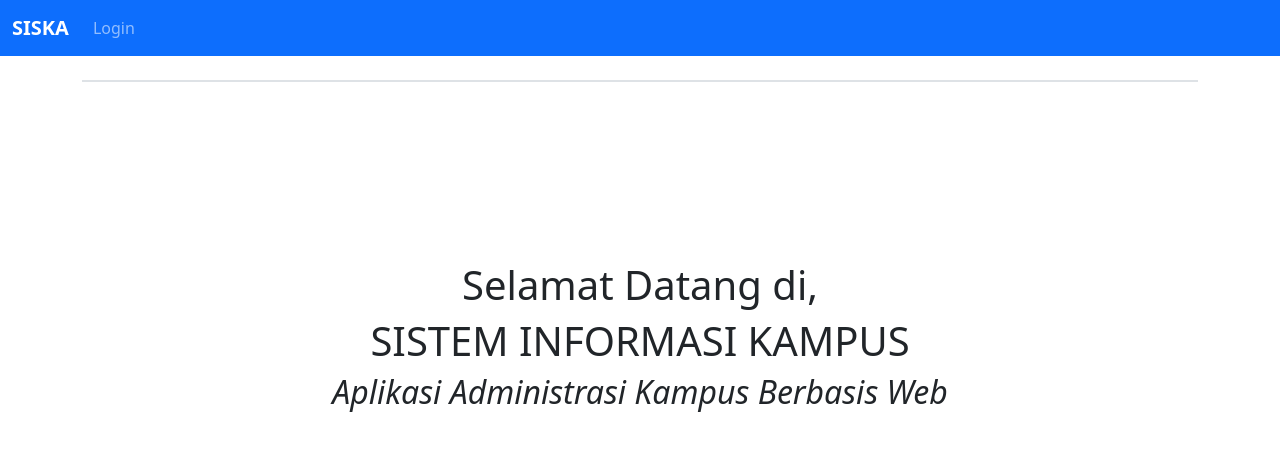
Repository: WiraAtma/administrasi-kampus
Page: http://localhost/
These files come from the project's save history. The page is drawn as it stood at one moment and after the next save; the edit follows.
The browser window is 1280 px wide. The pictures show the whole page.
The page is served by the project's Laravel application, run on PHP 8.4 with Laravel 12. Other server files are loaded and not shown.

Above is the page before, as saved 2024-10-25 15:28:27.

### routes/web.php
<?php

use App\Http\Controllers\AuthController;
use App\Http\Controllers\FakultasController;
use App\Http\Controllers\MahasiswaController;
use App\Http\Controllers\ProdiController;
use App\Http\Middleware\AdminAccess;
use App\Http\Middleware\DosenAccess;
use Illuminate\Support\Facades\Route;

Route::get('/', function() {
    return view('home');
});

Route::get('/login', [AuthController::class, 'login'])->name('login')->middleware('guest');
Route::post('/login', [AuthController::class, 'authenticing'])->middleware('guest');
Route::get('/logout', [AuthController::class, 'logout']);

Route::get('/mahasiswa', [MahasiswaController::class, 'index'])->middleware('auth');
Route::get('/mahasiswa-detail/{id}', [MahasiswaController::class, 'show'])->middleware('auth');
Route::get('/mahasiswa-create', [MahasiswaController::class, 'create'])->middleware([AdminAccess::class]);
Route::post('/filter-mahasiswa', [MahasiswaController::class, 'store'])->middleware([AdminAccess::class]);
Route::get('/mahasiswa-edit/{id}', [MahasiswaController::class, 'edit'])->middleware([DosenAccess::class]);
Route::put('/filter-mahasiswa/{id}', [MahasiswaController::class, 'update'])->middleware([DosenAccess::class]);
Route::get('/mahasiswa-delete/{id}', [MahasiswaController::class, 'delete'])->middleware([AdminAccess::class]);
Route::delete('/filter-delete-mahasiswa/{id}', [MahasiswaController::class, 'destroy'])->middleware([AdminAccess::class]);
Route::get('/mahasiswa-temporary', [MahasiswaController::class, 'mahasiswaDeleted'])->middleware([AdminAccess::class]);
Route::get('/filter-restore-mahasiswa/{id}', [MahasiswaController::class, 'restore'])->middleware([AdminAccess::class]);

Route::get('/prodi', [ProdiController::class, 'index'])->middleware('auth');
Route::get('/prodi-detail/{id}', [ProdiController::class, 'show'])->middleware('auth');
Route::get('/prodi-create', [ProdiController::class, 'create'])->middleware([AdminAccess::class]);
Route::post('/filter-prodi', [ProdiController::class, 'store'])->middleware([AdminAccess::class]);
Route::get('/prodi-edit/{id}', [ProdiController::class, 'edit'])->middleware([DosenAccess::class]);
Route::post('/filter-prodi/{id}', [ProdiController::class, 'update'])->middleware([DosenAccess::class]);
Route::get('/prodi-delete/{id}', [ProdiController::class, 'delete'])->middleware([AdminAccess::class]);
Route::delete('/filter-delete-prodi/{id}', [ProdiController::class, 'destroy'])->middleware(AdminAccess::class);
Route::get('/prodi-temporary', [ProdiController::class, 'prodiDeleted'])->middleware([AdminAccess::class]);
Route::get('/filter-restore-prodi/{id}', [ProdiController::class, 'restore'])->middleware([AdminAccess::class]);

Route::get('/fakultas', [FakultasController::class, 'index'])->middleware('auth');

### resources/views/home.blade.php
@extends('layouts.mainLayouts')

@section('title', 'Beranda')

@section('content')
<div class="container d-flex border">
    <div class="wrapper position-absolute top-50 start-50 translate-middle text-center">
        <h1>Selamat Datang di, </h1>
        <h1>SISTEM INFORMASI KAMPUS</h1>
        <h2><i>Aplikasi Administrasi Kampus Berbasis Web</i></h2>
        <div class="mt-5">
        @if(auth()->check() && auth()->user()->name != '')
            <h6>User Login : {{ Auth::user()->name }}</h6>
            <h6>User Position : {{ Auth::user()->role->name }}</h6>
        @else
        @endif
    </div>
    </div>

</div>

@endsection

### resources/views/layouts/mainLayouts.blade.php
<!DOCTYPE html>
<html lang="en">
<head>
    <meta charset="UTF-8">
    <meta name="viewport" content="width=device-width, initial-scale=1.0">
    <meta http-equiv="X-UA-Compatible" content="ie=edge">
    <title>SISKA | @yield('title')</title>
    <link href="https://cdn.jsdelivr.net/npm/bootstrap@5.3.3/dist/css/bootstrap.min.css" rel="stylesheet" integrity="sha384-QWTKZyjpPEjISv5WaRU9OFeRpok6YctnYmDr5pNlyT2bRjXh0JMhjY6hW+ALEwIH" crossorigin="anonymous">
</head>
<body>
    <nav class="navbar sticky-top bg-primary navbar-expand-lg" data-bs-theme="dark">
        <div class="container-fluid">
          <a class="navbar-brand" href="/" style="font-weight: bold">SISKA</a>
          <button class="navbar-toggler" type="button" data-bs-toggle="collapse" data-bs-target="#navbarTogglerDemo02" aria-controls="navbarTogglerDemo02" aria-expanded="false" aria-label="Toggle navigation">
            <span class="navbar-toggler-icon"></span>
          </button>
          <div class="collapse navbar-collapse" id="navbarTogglerDemo02">
            @if(auth()->check() && auth()->user()->name != '')
              <ul class="navbar-nav me-auto mb-2 mb-lg-0">
                <li class="nav-item">
                  <a class="nav-link {{ request()->is('/') ? 'active' : ''}}" href="/">Beranda</a>
                </li>
                <li class="nav-item">
                  <a class="nav-link {{ request()->is('mahasiswa') ? 'active' : ''}}" href="/mahasiswa">Mahasiswa</a>
                </li>
                <li class="nav-item">
                  <a class="nav-link {{ request()->is('prodi') ? 'active' : ''}}" href="/prodi">Program Studi</a>
                </li>
                <li class="nav-item">
                  <a class="nav-link {{ request()->is('fakultas') ? 'active' : ''}}" href="/fakultas">Fakultas Kampus</a>
                </li>
              </ul>
            @else
            @endif
            <ul class="navbar-nav">
              <li class="nav-item">
                @if(auth()->check() && auth()->user()->name != '')
                  <a href="/logout" class="nav-link">Logout</a>
                @else
                  <a href="/login" class="nav-link">Login</a>
                @endif
              </li>
            </ul>
          </div>
        </div>
    </nav>
    <div class="container mt-4">
        @yield('content')
    </div>
    <script src="https://cdn.jsdelivr.net/npm/bootstrap@5.3.3/dist/js/bootstrap.bundle.min.js" integrity="sha384-YvpcrYf0tY3lHB60NNkmXc5s9fDVZLESaAA55NDzOxhy9GkcIdslK1eN7N6jIeHz" crossorigin="anonymous"></script>
</body>
</html>

After the next save:
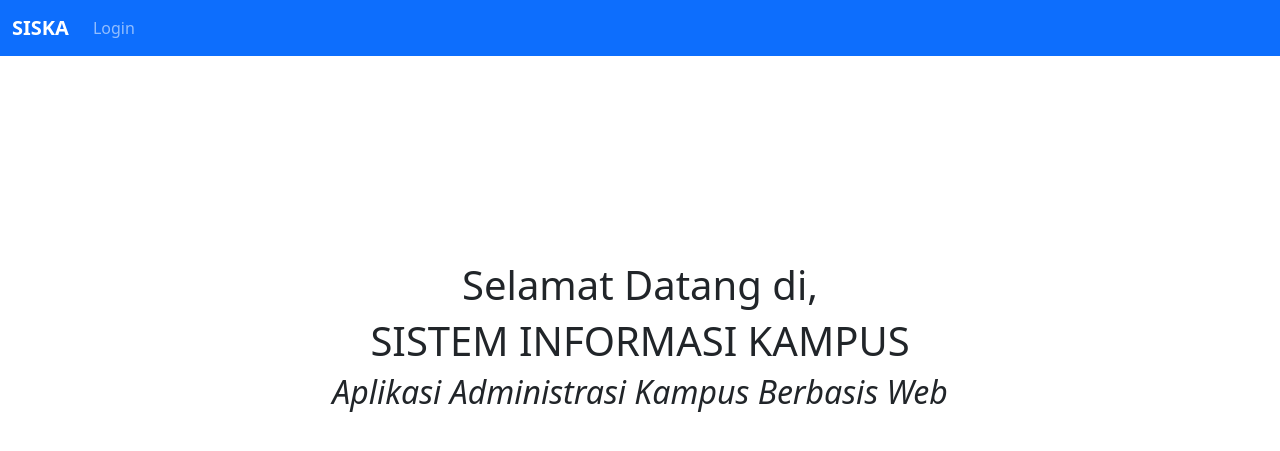
Saved 10 s later.
--- a/resources/views/home.blade.php
+++ b/resources/views/home.blade.php
@@ -3,7 +3,7 @@
 @section('title', 'Beranda')
 
 @section('content')
-<div class="container d-flex border">
+<div class="container d-flex">
     <div class="wrapper position-absolute top-50 start-50 translate-middle text-center">
         <h1>Selamat Datang di, </h1>
         <h1>SISTEM INFORMASI KAMPUS</h1>
